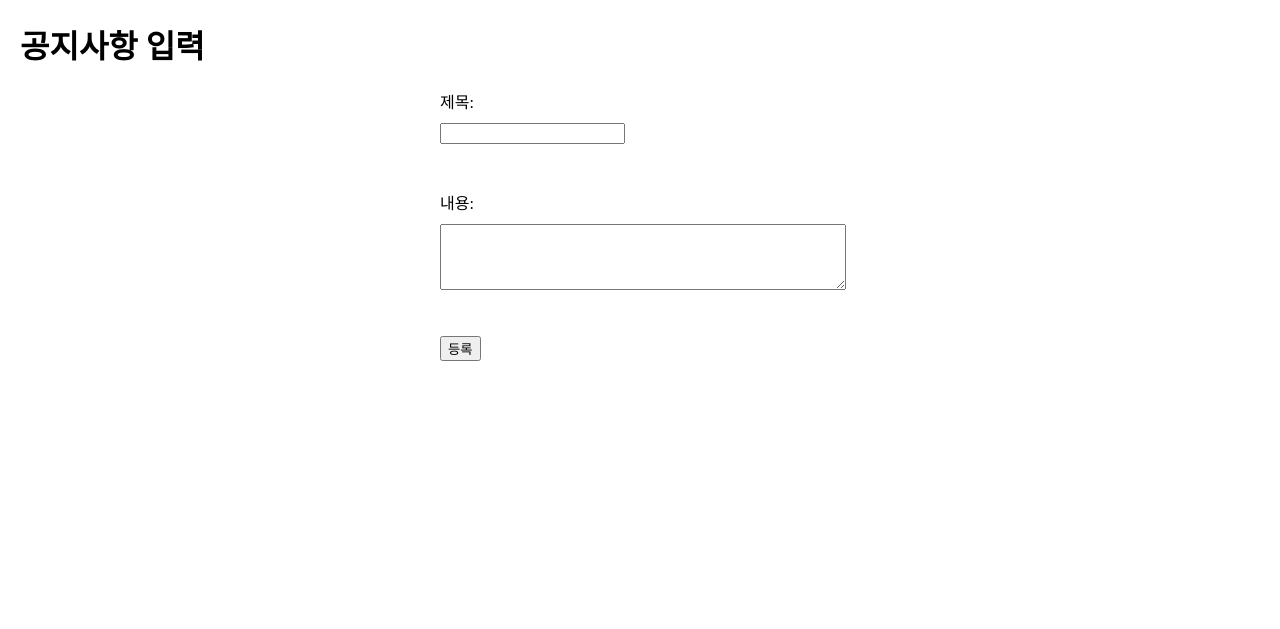
Repository: pvntlc/D-IT-Tech-Internship
Page: work_java/HTMLProject/src/main/webapp/META-INF/Notice.html
The author's editor kept a copy of each file at every save. The page is drawn from the files as they stood at one save, then again after the next save.
The browser window is 1280 px wide. The pictures show the whole page.

Above is the page before, as saved 2023-09-07 09:49:30.

### work_java/HTMLProject/src/main/webapp/META-INF/Notice.html
<!DOCTYPE html>
<html>
<head>
    <meta charset="UTF-8">
    <meta name="viewport" content="width=device-width, initial-scale=1.0">
    <title>공지사항 입력</title>
<style>
body {
    margin: 20px;
}

form {
    max-width: 400px;
    margin: 0 auto;
}

label, input, textarea {
    display: block;
    margin-bottom: 10px;
}

textarea {
    width: 100%;
}

#noticeList {
    margin-top: 20px;
}

</style>
</head>
<body>
    <h1>공지사항 입력</h1>
    <form id="noticeForm">
        <label for="title">제목:</label>
        <input type="text" id="title" name="title" required><br><br>

        <label for="content">내용:</label>
        <textarea id="content" name="content" rows="4" required></textarea><br><br>

        <input type="submit" value="등록">
    </form>

    <div id="noticeList">
        <!-- 여기에 등록된 공지사항 목록을 표시할 수 있습니다. -->
    </div>

</body>
</html>

After the next save:
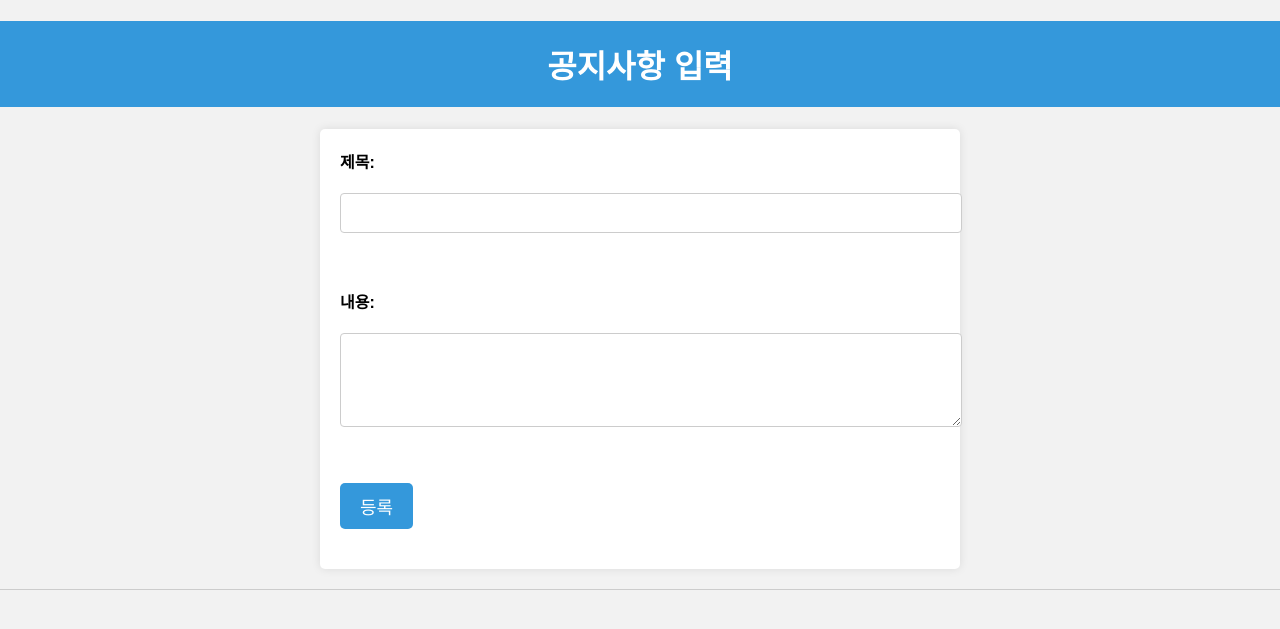
Saved 30 s later.
--- a/work_java/HTMLProject/src/main/webapp/META-INF/Notice.html
+++ b/work_java/HTMLProject/src/main/webapp/META-INF/Notice.html
@@ -6,25 +6,73 @@
     <title>공지사항 입력</title>
 <style>
 body {
-    margin: 20px;
+    font-family: Arial, sans-serif;
+    margin: 0;
+    padding: 0;
+    background-color: #f2f2f2;
+}
+
+h1 {
+    text-align: center;
+    padding: 20px;
+    background-color: #3498db;
+    color: #fff;
 }
 
 form {
-    max-width: 400px;
+    max-width: 600px;
     margin: 0 auto;
+    background-color: #fff;
+    padding: 20px;
+    border-radius: 5px;
+    box-shadow: 0 0 10px rgba(0, 0, 0, 0.1);
 }
 
 label, input, textarea {
     display: block;
-    margin-bottom: 10px;
+    margin-bottom: 20px;
 }
 
-textarea {
+label {
+    font-weight: bold;
+}
+
+input[type="text"], textarea {
     width: 100%;
+    padding: 10px;
+    border: 1px solid #ccc;
+    border-radius: 4px;
+    font-size: 16px;
+}
+
+input[type="submit"] {
+    background-color: #3498db;
+    color: #fff;
+    border: none;
+    padding: 10px 20px;
+    font-size: 18px;
+    border-radius: 5px;
+    cursor: pointer;
+}
+
+input[type="submit"]:hover {
+    background-color: #2980b9;
 }
 
 #noticeList {
     margin-top: 20px;
+    border-top: 1px solid #ccc;
+    padding-top: 20px;
+}
+
+#noticeList strong {
+    font-size: 18px;
+    color: #3498db;
+}
+
+#noticeList p {
+    font-size: 16px;
+    margin-top: 10px;
 }
 
 </style>
